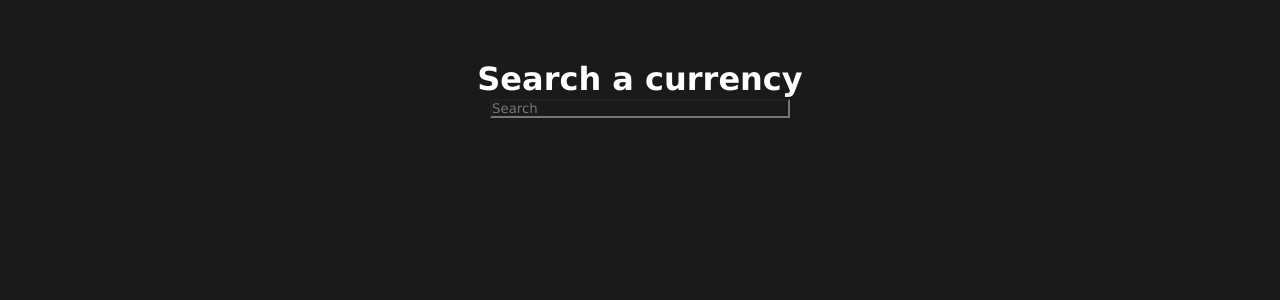
Repository: adder206/react-api-crypto-tracker
Page: /
The author's editor kept a copy of each file at every save. The page is drawn from the files as they stood at one save, then again after the next save.
The browser window is 1280 px wide. The pictures show the whole page.
The page's requests for data from a server got no answer. The project was rebuilt for these pictures with package versions that can differ from the ones it lists, and the page was loaded fresh each time. No one was signed in, and anything a server would have sent is missing. Also part of the build but not shown: src/Coin.js, src/Coin.css.

Above is the page before, as saved 2021-03-12 10:52:36.

### src/App.js
import React, {useState, useEffect} from 'react';
import axios from 'axios'
import './App.css';
import Coin from './Coin';
import './Coin.css';



function App() {
  const [coins, setCoins] = useState([]);
  const [search,setSearch] = useState('')

  useEffect(()=> {
    axios
    .get(
      'https://api.coingecko.com/api/v3/coins/markets?vs_currency=usd&order=market_cap_desc&per_page=100&page=1&sparkline=false')
    .then(res => {
      setCoins(res.data);
      console.log(res.data);
    })
    .catch(error => alert(error));
  }, []);

  const handleChange = e => {
    setSearch(e.target.value)
  }

  const filteredCoins = coins.filter(coin =>
    coin.name.toLowerCase().includes(search.toLowerCase())
    )

  return (
    <div className='coin-app'>
      <div className="coin-search">
        <h1 className="coin-text">Search a currency</h1>
        <form>
          <input type="text" placeholder="Search"
          className="coin-input" onChange=
          {handleChange}/>
        </form>
      </div>
      {filteredCoins.map(coin => {
        return <Coin
        key={coin.id}
        name={coin.name}
        price={coin.current_price}
        symbol={coin.symbol}
        marketcap={coin.total_volume}
        volume={coin.market_cap}
        image={coin.image}
        priceChange={coin.price_change_percentage_24h}
        />;
      })}

    </div>
  );
}

export default App;

### src/App.css
*{
  box-sizing: border-box;
  margin: 0;
  padding: 0;
  font-family: Verdana, Geneva, Tahoma, sans-serif;
  background-color: #1a1a1c;
  color:#fff;
}

.coin-app {
  display: flex;
  flex-direction: column;
  align-items: center;
  margin-top: 60px;
  color: #fff;
}

.coin-search {
  display: flex;
  flex-direction: column;
  margin-bottom: 50px;
  justify-content: center;
  align-items: center;
}

.coin-input {
  padding-right: 16px;
  width: 300px
}

Loaded but not shown: public/index.html (common file); src/index.js (common file); src/index.css (common file); src/reportWebVitals.js (common file)

After the next save:
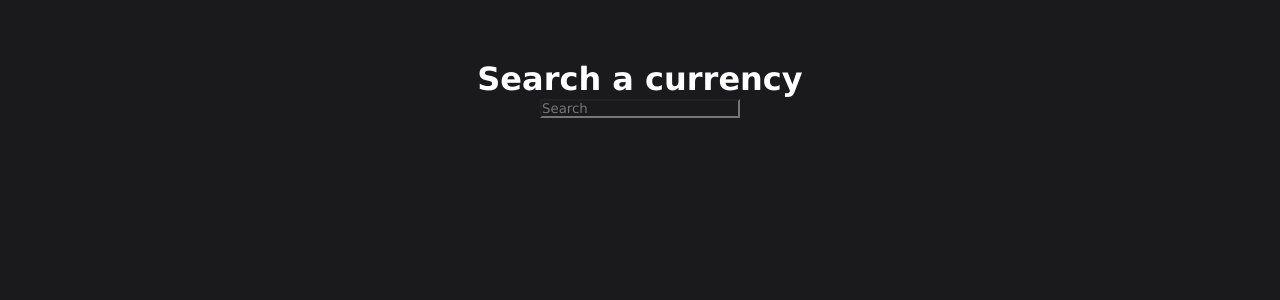
Saved 10 s later.
--- a/src/App.css
+++ b/src/App.css
@@ -25,5 +25,5 @@
 
 .coin-input {
   padding-right: 16px;
-  width: 300px
+  width: 200px
 }
